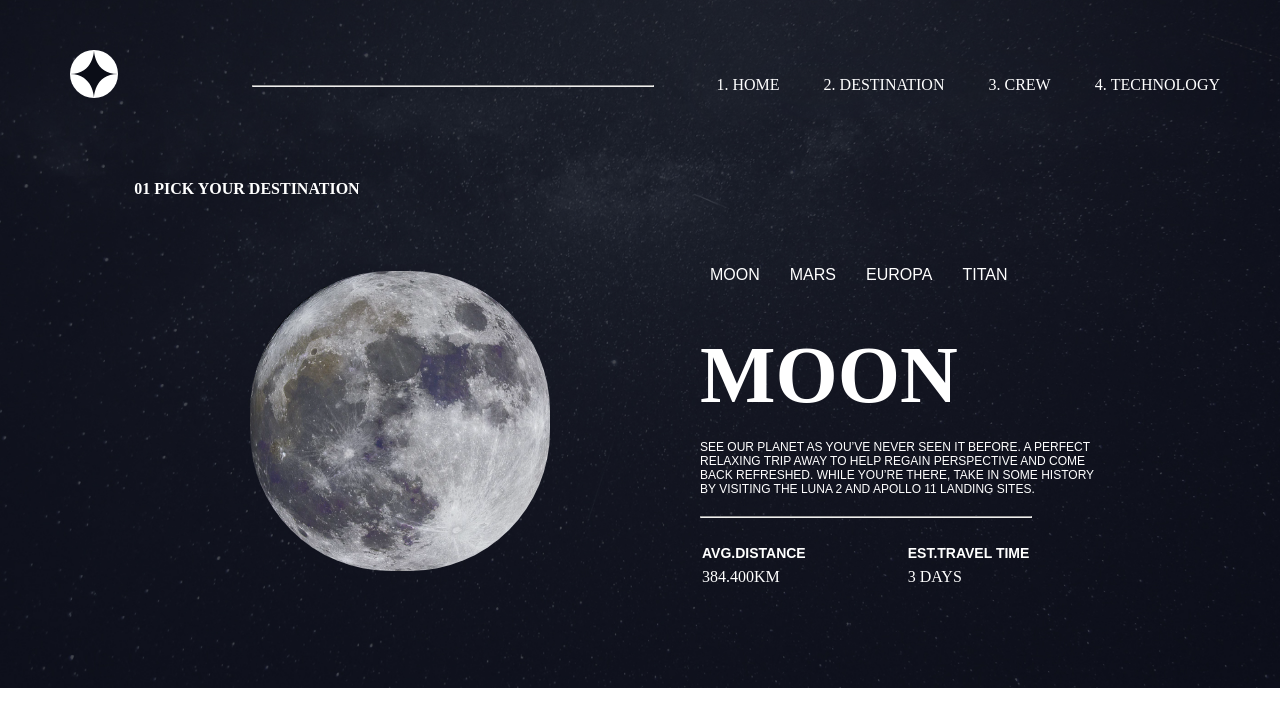
Repository: batonAnton/space_tourism
Page: destination.html
These files come from the project's save history. The page is drawn as it stood at one moment and after the next save; the edit follows.
The browser window is 1280 px wide. The pictures show the whole page.
Some web fonts or font styles are not loaded; a fallback is used.

Above is the page before, as saved 2022-05-20 11:36:38.

### destination.html
<!DOCTYPE html>
<html lang="en">
<head>
    <meta charset="UTF-8">
    <meta http-equiv="X-UA-Compatible" content="IE=edge">
    <meta name="viewport" content="width=device-width, initial-scale=1.0">
    <title>Space Tourism</title>
    <link rel="stylesheet" href="css/style2 .css">
    <link rel="preconnect" href="https://fonts.googleapis.com">
    <link rel="preconnect" href="https://fonts.gstatic.com" crossorigin>
    <link href="https://fonts.googleapis.com/css2?family=Bellefair&family=Merriweather&display=swap" rel="stylesheet">

    <link rel="preconnect" href="https://fonts.gstatic.com" crossorigin>
    <link href="https://fonts.googleapis.com/css2?family=Bellefair&family=Merriweather&display=swap" rel="stylesheet">
    <link rel="preconnect" href="https://fonts.googleapis.com">
    <link rel="preconnect" href="https://fonts.gstatic.com" crossorigin>
    <link href="https://fonts.googleapis.com/css2?family=Barlow+Condensed:wght@300&family=Bellefair&family=Merriweather&display=swap" rel="stylesheet">
    <link rel="preconnect" href="https://fonts.googleapis.com">
    <link rel="preconnect" href="https://fonts.gstatic.com" crossorigin>
    <link href="https://fonts.googleapis.com/css2?family=Barlow+Condensed:ital,wght@0,300;1,500&family=Bellefair&family=Merriweather&display=swap" rel="stylesheet">
</head>
<body>

    <div id="destination" class="bg">
        <div class="top-container">
            <div class="logo_img">
                <img src="/images/Icon.svg" alt="logo">

            </div>

                                             <!--navbar code -->
            <div class="nav">

                <hr>
                    <ol>

                        <li><a href="#home">home</a></li>
                        <li><a href="">destination</a></li>
                        <li><a href="">crew</a></li>
                        <li><a href="">technology</a></li>

                    </ol>

            </div>
        </div>

        <div class="middle_container">


            <div class="planet_img">
                <h2 class="h2_planet"> <span>01</span> pick your destination</h2>

                <div class="planet_bg">
                    <img src="/images/destination_img/moon.png"  alt="">
                </div>
            </div>



                <div class="get-info_planet">

                    <div class="nav_planet">
                            <ul>

                                <li><a href="#home">moon</a></li>
                                <li><a href="">mars</a></li>
                                <li><a href="">europa</a></li>
                                <li><a href="">titan</a></li>

                            </ul>
                    <h1>moon</h1>
                    <p>See our planet as you’ve never seen it before. A perfect <br> relaxing trip away to help regain perspective and come <br> back refreshed. While you’re there, take in some history <br> by visiting the Luna 2 and Apollo 11 landing sites.</p>

                    <hr class="hr_planet">

                    <table>
                        <tr>
                            <th>avg.distance</th>
                            <th>est.travel time</th>
                        </tr>

                        <tr>
                            <td>384.400km</td>
                            <td>3 days</td>
                        </tr>
                    </table>
                </div>


        </div>

    </div>
</body>
</html>

### css/style2 .css
body {
  /* height: 900px; */
  margin: 0;
}

.bg {
  background-image: url(/images/destination_img/bg.jpg);
  height: 100%;
  background-position: center;
  background-repeat: no-repeat;
  background-size: cover;
}

.top-container {
  /* display: inline-block; */
  padding: 50px 0px 50px 70px;
  /* width: 100%; */
}

.logo_img {
  /* width: 555px; */
  float: left;
}

hr {
  width: 400px;
  position: absolute;
  margin: 25px 0px 100px -390px;
}

.nav {
  /* width: 60%; */
  /* margin-left: 408px; */
  position: relative;
  float: right;
  clear: none;
  /* border: 1px solid #979797; */
  padding: 10px 0px 10px 0px;
  backdrop-filter: blur(85px);
  text-transform: uppercase;
}
.nav a {
  text-decoration: none;
}

.nav a:after {
  background: none repeat scroll 0 0 transparent;
  bottom: 0;
  content: "";
  display: block;
  height: 2px;
  left: 50%;
  position: absolute;
  background: #fff;
  transition: width 0.3s ease 0s, left 0.3s ease 0s;
  width: 0;
}
a:hover:after {
  width: 10%;
  left: 0;
}

ol {
  display: inline-flex;
  /* width: 200px; */
  margin-left: 50px;
}

li {
  padding: 0px 60px 0px 0px;
  color: #ffffff;
}

.nav a {
  color: #ffffff;
  font-family: "Bellefair", serif;
  /* font-family: "Merriweather", serif; */
}

/* middle-container property */
.middle_container {
  display: inline-flex;
}

.get-info_planet {
  margin: 130px 100px 100px 150px;
}

/* navbar planet */
.nav_planet {
  position: relative;
  float: right;
  clear: none;
  text-transform: uppercase;
  font-family: "Barlow Condensed", sans-serif;
  font-size: 1rem;
  color: #ffffff;
}

ul {
  list-style-type: none;
  display: inline-flex;
}

.nav_planet a {
  text-decoration: none;
  font-family: "Barlow Condensed", sans-serif;
  font-size: 1rem;
  color: #ffffff;
}

.nav_planet li {
  padding: 0px 60px 0px 0px;
  margin-left: -30px;
  color: #ffffff;
  text-align: left;
}

.h2_planet {
  height: 1px;
  display: block;
  margin: -210px 0px 90px -193px;
  font-size: 16px;
}

.planet_bg img {
  height: 300px;
  border-radius: 140px 140px 140px 140px;
}

h1,
h2,
p {
  color: #ffffff;
}

h1,
h2 {
  text-align: center;
  width: 380px;
  text-transform: uppercase;
  font-family: "Bellefair", serif;
}

h1 {
  font-size: 5rem;
  height: 80px;
  text-align: left;
  width: 333px;
  margin: 30px 0px;
}

p {
  width: 444px;
  text-align: left;
  font-family: "Barlow Condensed", sans-serif;
  font-size: 12px;
}

.planet_img {
  margin: 270px 0px 0px 250px;
}

.get-info_planet hr {
  position: relative;
  width: 330px;
  margin: 20px 0px 20px 0px;
}

th, td {
    padding: 5px 100px 0px 0px;
}

th{
    font-size: 14px;
}

td{
    font-size: 1rem;
    font-family: "Bellefair", serif;
}

After the next save:
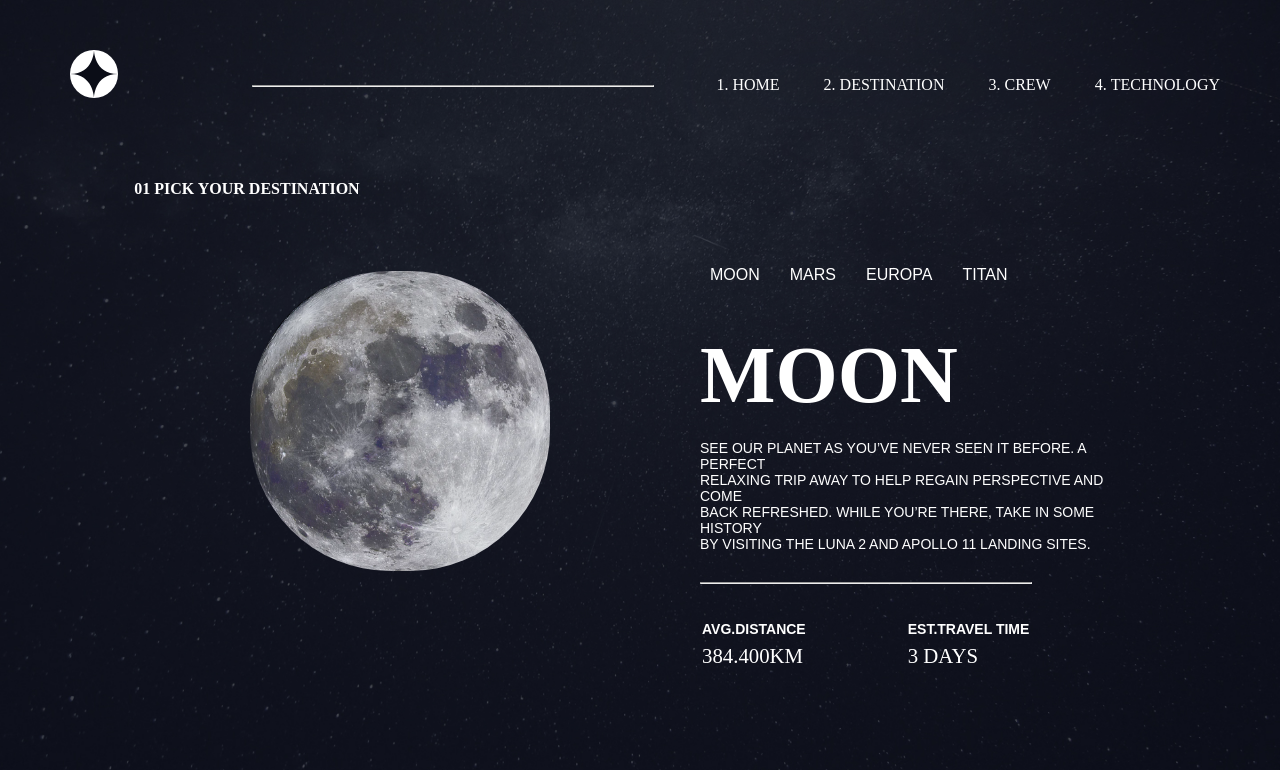
Saved 5 min 5 s later.
--- a/css/style2 .css
+++ b/css/style2 .css
@@ -154,7 +154,7 @@ p {
   width: 444px;
   text-align: left;
   font-family: "Barlow Condensed", sans-serif;
-  font-size: 12px;
+  font-size: 14px;
 }
 
 .planet_img {
@@ -164,7 +164,7 @@ p {
 .get-info_planet hr {
   position: relative;
   width: 330px;
-  margin: 20px 0px 20px 0px;
+  margin: 30px 0px 30px 0px;
 }
 
 th, td {
@@ -173,9 +173,10 @@ th, td {
 
 th{
     font-size: 14px;
+    text-align: left;
 }
 
 td{
-    font-size: 1rem;
+    font-size: 1.30rem;
     font-family: "Bellefair", serif;
 }
